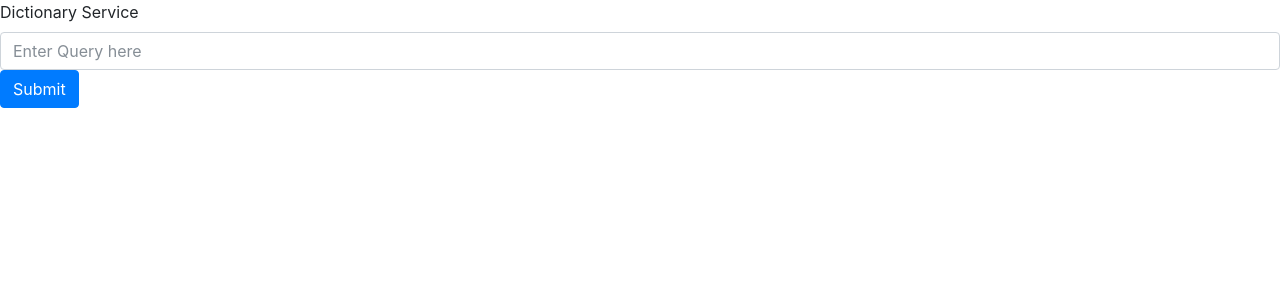
Repository: IanBurke1/AsyncRMI_DictionaryService
Page: AsyncRMI_DictionaryService/WebContent/index.html
An editor plug-in stored every save of this project. The page is shown before and after the next save, followed by the edit.
The browser window is 1280 px wide. The pictures show the whole page.

Above is the page before, as saved 2017-12-18 15:09:14.

### AsyncRMI_DictionaryService/WebContent/index.html
<!DOCTYPE html>
<html>
<head>
<meta charset="ISO-8859-1">
<title>Dictionary Service</title>
<!-- Bootstrap CSS -->
<link rel="stylesheet" href="https://maxcdn.bootstrapcdn.com/bootstrap/4.0.0-beta.2/css/bootstrap.min.css" integrity="sha384-PsH8R72JQ3SOdhVi3uxftmaW6Vc51MKb0q5P2rRUpPvrszuE4W1povHYgTpBfshb" crossorigin="anonymous">
</head>
<body>
<form>
  <div >
    <label for="exampleInputEmail1">Dictionary Service</label>
    <input type="email" class="form-control" id="exampleInputEmail1" aria-describedby="emailHelp" placeholder="Enter Query here">
  </div>
  <button type="submit" class="btn btn-primary">Submit</button>
</form>
</body>
</html>

After the next save:
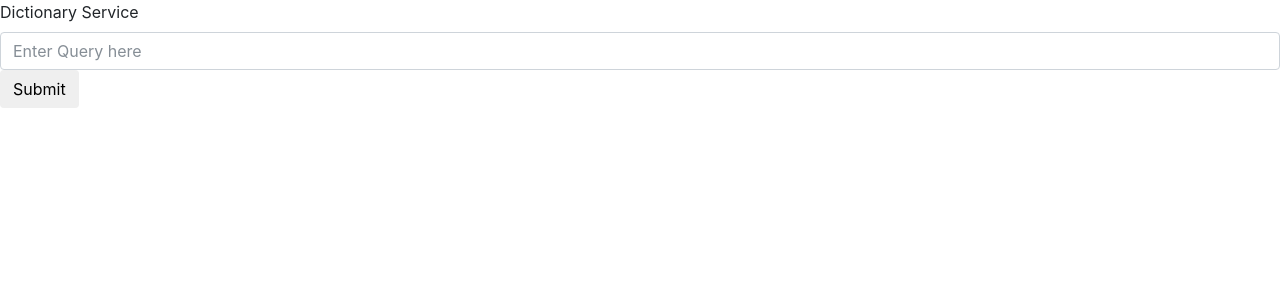
Saved 2 min 10 s later.
--- a/AsyncRMI_DictionaryService/WebContent/index.html
+++ b/AsyncRMI_DictionaryService/WebContent/index.html
@@ -12,7 +12,7 @@
     <label for="exampleInputEmail1">Dictionary Service</label>
     <input type="email" class="form-control" id="exampleInputEmail1" aria-describedby="emailHelp" placeholder="Enter Query here">
   </div>
-  <button type="submit" class="btn btn-primary">Submit</button>
+  <button type="submit" class="btn btn-default">Submit</button>
 </form>
 </body>
 </html>
